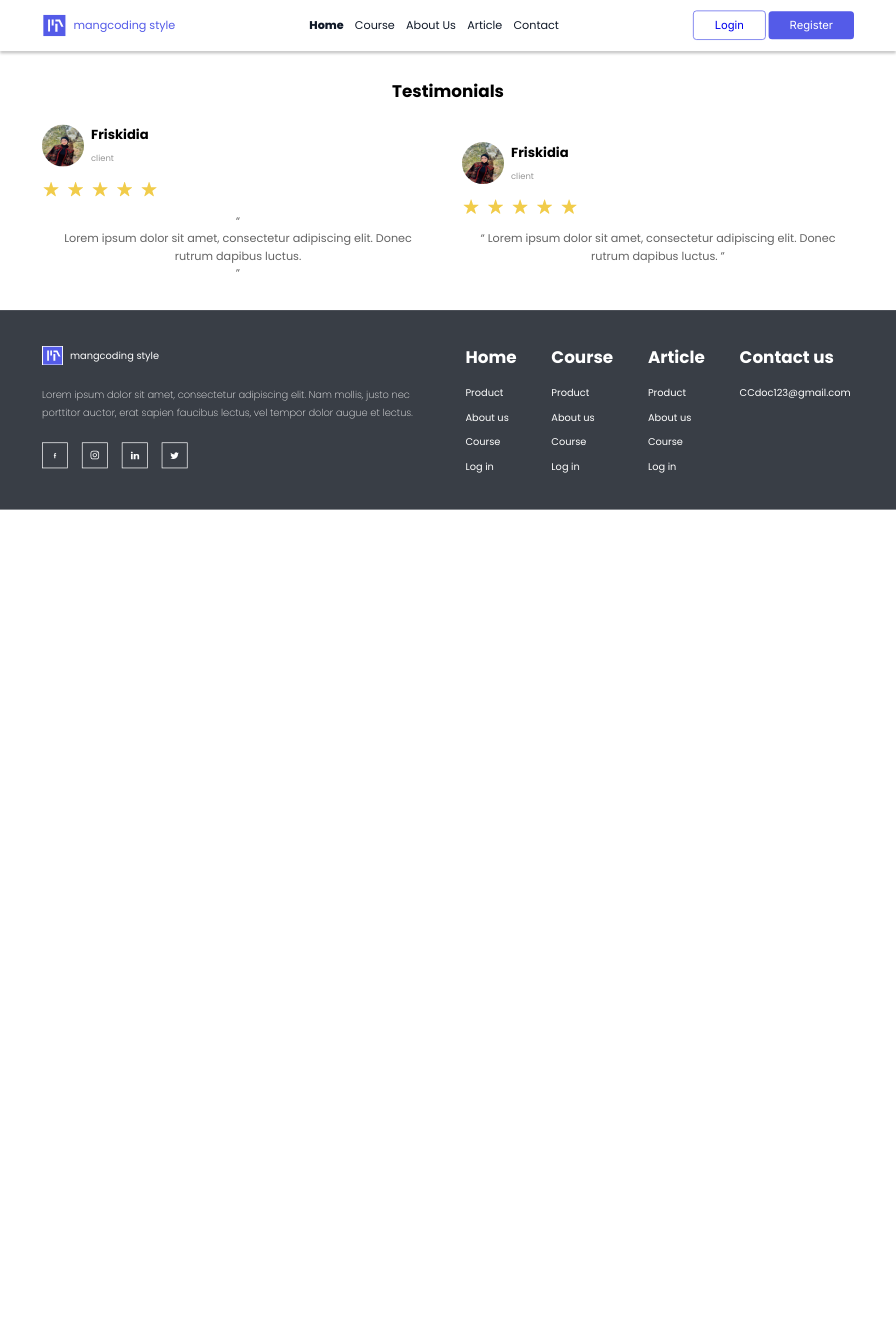
Repository: Dania-Alqam/landing-page
Page: index.html
An editor plug-in stored every save of this project. The page is shown before and after the next save, followed by the edit.
The browser window is 1280 px wide. The pictures show the part of the page from y = 0 to 1920 px (the page is 5000 px tall), at 70% of full size.

Above is the page before, as saved 2024-06-22 16:46:20.

### index.html
<!DOCTYPE html>
<html lang="en">

<head>
    <meta charset="UTF-8" />
    <meta name="viewport" content="width=device-width, initial-scale=1.0" />
    <title>Document</title>
    <link rel="stylesheet" href="./assests/css/main.css" />
</head>

<body>
    <header class="header">
        <div class="container">
            <div class="row">
                <div class="logo">
                    <img src="./assests/images/public/Logo.svg" alt="logo" />
                    <a href="#">mangcoding style</a>
                </div>
                <nav class="nav">
                    <ul>
                        <li>
                            <a href="#" class="active">Home</a>
                        </li>
                        <li>
                            <a href="#">Course</a>
                        </li>
                        <li>
                            <a href="#">About Us</a>
                        </li>
                        <li>
                            <a href="#">Article</a>
                        </li>
                        <li>
                            <a href="#">Contact</a>
                        </li>
                    </ul>
                </nav>
                <div class="auth">
                    <a href="#">Login</a>
                    <a href="#">Register</a>
                </div>
            </div>
        </div>
    </header>

    <main>
        <section class="testimonials">
            <h2>
                Testimonials
            </h2>
            <div class="container">
                <div class="row">
                    <div class="testimonial">
                        <div class="user-info">
                            <img src="assests/images/clients/client1.jpeg" />
                            <div class="user-data">
                                <h3>Friskidia</h3>
                                <span>client</span>
                            </div>
                        </div>
                        <div class="ratings">
                            <img src="./assests/images/public/Star.svg" alt="stars" />
                            <img src="./assests/images/public/Star.svg" alt="stars" />
                            <img src="./assests/images/public/Star.svg" alt="stars" />
                            <img src="./assests/images/public/Star.svg" alt="stars" />
                            <img src="./assests/images/public/Star.svg" alt="stars" />

                        </div>
                        <blockquote>
                            <q>
                                <p> Lorem ipsum dolor sit amet, consectetur adipiscing elit. Donec rutrum dapibus
                                    luctus.
                                </p>

                            </q>
                        </blockquote>
                    </div>
                    <div class="testimonial">
                        <div class="user-info">
                            <img src="assests/images/clients/client1.jpeg" />
                            <div class="user-data">
                                <h3>Friskidia</h3>
                                <span>client</span>
                            </div>
                        </div>
                        <div class="ratings">
                            <img src="./assests/images/public/Star.svg" alt="stars" />
                            <img src="./assests/images/public/Star.svg" alt="stars" />
                            <img src="./assests/images/public/Star.svg" alt="stars" />
                            <img src="./assests/images/public/Star.svg" alt="stars" />
                            <img src="./assests/images/public/Star.svg" alt="stars" />

                        </div>
                        <blockquote>
                            <q>
                                Lorem ipsum dolor sit amet, consectetur adipiscing elit. Donec rutrum dapibus luctus.
                            </q>
                        </blockquote>
                    </div>
                </div>
            </div>

        </section>
    </main>
    <footer class="footer">
        <div class="container">
            <div class="row">
                <div class="footer-start">
                    <div class="logo">
                        <img src="./assests/images/public/Logo.svg" alt="logo" />
                        <a href="#">mangcoding style</a>
                    </div>
                    <p>
                        Lorem ipsum dolor sit amet, consectetur adipiscing elit. Nam
                        mollis, justo nec porttitor auctor, erat sapien faucibus lectus,
                        vel tempor dolor augue et lectus.
                    </p>
                    <div class="icons">
                        <a href="#"><img src="./assests/images/public/facebok.svg" /></a>
                        <a href="#"><img src="./assests/images/public/instagram.svg" /></a>
                        <a href="#"><img src="./assests/images/public/linkedin.svg" /></a>
                        <a href="#"><img src="./assests/images/public/twitter.svg" /></a>
                    </div>
                </div>
                <div class="footer-end">
                    <div class="row">
                        <div class="footer-item">
                            <h2>
                                Home
                            </h2>
                            <ul>
                                <li>
                                    <a href="#">Product</a>
                                </li>
                                <li>
                                    <a href="#">About us</a>
                                </li>
                                <li>
                                    <a href="#">Course</a>
                                </li>
                                <li>
                                    <a href="#">Log in</a>
                                </li>
                            </ul>
                        </div>
                        <div class="footer-item">
                            <h2>
                                Course
                            </h2>
                            <ul>
                                <li>
                                    <a href="#">Product</a>
                                </li>
                                <li>
                                    <a href="#">About us</a>
                                </li>
                                <li>
                                    <a href="#">Course</a>
                                </li>
                                <li>
                                    <a href="#">Log in</a>
                                </li>
                            </ul>
                        </div>
                        <div class="footer-item">
                            <h2>
                                Article
                            </h2>
                            <ul>
                                <li>
                                    <a href="#">Product</a>
                                </li>
                                <li>
                                    <a href="#">About us</a>
                                </li>
                                <li>
                                    <a href="#">Course</a>
                                </li>
                                <li>
                                    <a href="#">Log in</a>
                                </li>
                            </ul>
                        </div>
                        <div class="footer-item">
                            <h2>
                                Contact us
                            </h2>
                            <ul>
                                <li>
                                    <a href="#">CCdoc123@gmail.com</a>
                                </li>

                        </div>
                    </div>
                </div>
            </div>
        </div>
    </footer>
</body>

</html>

### assests/css/main.css
@import url(./public.css);

/* start header */
.header {
  position: sticky;
  top: 0;
  box-shadow: 0px 4px 4px rgba(0, 0, 0, 0.25);
  padding: 20px 0;
  background-color: #fff;
}

.nav ul {
  display: flex;
  flex-wrap: wrap;
  gap: 16px;
}
.header .logo {
  display: flex;
  flex-wrap: wrap;
  align-items: center;
  gap: 10px;
}
.header .logo img {
  width: 35px;
}

.header .logo a {
  color: var(--mainColor);
}

.header .nav a {
  color: #101928;
}

.header .nav a:hover {
  color: var(--mainColor);
}
/* For the home bold*/
.active {
  font-weight: 800;
}
/* common properities*/
.header .auth a {
  font-family: var(--subFont);
  padding: 10px 30px;
  border-radius: 5px;
}
.header .auth a:first-of-type {
  border: 1px solid var(--mainColor);
}
.header .auth a:last-of-type {
  background-color: var(--mainColor);
  color: white;
}
@media (max-width: 900px) {
  .header .nav {
    display: none;
  }
}
/* end header */

/* start testemonials*/
.testimonials {
  text-align: center;
  padding: 40px 0;
}
.testimonials .row {
  gap: 40px;
}

.testimonials h2 {
  margin-bottom: 30px;
}
.testimonial {
  display: flex;
  flex-direction: column;
  gap: 20px;
  align-items: flex-start;
  width: calc((100% - 40px) / 2);
}
.testimonial .user-info img {
  width: 60px;
  height: 60px;
  border-radius: 50%;
}

.testimonial .user-info {
  display: flex;
  flex-wrap: wrap;
  gap: 10px;
}
.testimonial .user-info .user-data {
  display: flex;
  flex-direction: column;
  gap: 10px;
  flex-wrap: wrap;
  align-items: start;
}

.testimonial .user-info .user-data span {
  font-size: 12px;
  color: #969696;
}

.testimonial .ratings {
  display: flex;
  flex-wrap: wrap;
  gap: 10px;
}

.testimonial q{
    color: #646464;
}

.testimonial blockquote p{
    display: inline-block;
    padding: 0 4px;
}
/* start footer */
.footer {
  background-color: #393e46;
  padding: 50px 0;
}

.footer a,
.footer h2 {
  color: #fff;
}

.footer .footer-start,
.footer .footer-end {
  width: calc((100% - 40px) / 2);
}

.footer .row {
  gap: 40px;
}

.footer .footer-start {
  display: flex;
  flex-direction: column;
  gap: 30px;
  flex-wrap: wrap;
}

.footer .footer-start .logo {
  display: flex;
  flex-wrap: wrap;
  gap: 10px;
  align-items: center;
}
.footer .footer-start .logo img {
  width: 30px;
}
.footer .footer-start .logo a {
  font-size: 14px;
}
.footer .footer-start p {
  color: #f4f4f4;
  line-height: 25px;
  font-size: 14px;
  font-weight: 200;
}
.footer .footer-start .icons {
  display: flex;
  flex-wrap: wrap;
  gap: 20px;
}
.footer .footer-start .icons img {
  width: 15px;
  height: 15px;
  border: 1px solid #fff;
  padding: 10px;
  box-sizing: content-box;
}

.footer-end .row {
  align-items: start;
  justify-content: space-around;
}
.footer-end .footer-item {
  display: flex;
  flex-direction: column;
  flex-wrap: wrap;
  gap: 20px;
}
.footer-end .footer-item ul {
  display: flex;
  flex-direction: column;
  flex-wrap: wrap;
  gap: 10px;
}
.footer-end .footer-item a {
  font-size: 14px;
}

/* end footer */

### assests/images/public/Star.svg
<svg width="25" height="25" viewBox="0 0 10 9" fill="none" xmlns="http://www.w3.org/2000/svg">
<path d="M5.00313 0.422667C5.06478 0.232942 5.33319 0.232942 5.39483 0.422668L6.26237 3.09266C6.28994 3.17751 6.36901 3.23496 6.45822 3.23496H9.26562C9.46511 3.23496 9.54805 3.49023 9.38666 3.60749L7.11543 5.25764C7.04325 5.31007 7.01305 5.40302 7.04062 5.48787L7.90815 8.15787C7.9698 8.34759 7.75265 8.50536 7.59126 8.3881L5.32003 6.73796C5.24785 6.68552 5.15012 6.68552 5.07794 6.73796L2.80671 8.3881C2.64532 8.50536 2.42817 8.34759 2.48981 8.15787L3.35735 5.48787C3.38492 5.40302 3.35472 5.31007 3.28254 5.25764L1.01131 3.60749C0.849916 3.49023 0.93286 3.23496 1.13235 3.23496H3.93975C4.02896 3.23496 4.10803 3.17751 4.1356 3.09266L5.00313 0.422667Z" fill="#F1CC4A"/>
</svg>

### assests/css/public.css
@import url('https://fonts.googleapis.com/css2?family=Poppins:ital,wght@0,100;0,200;0,300;0,400;0,500;0,600;0,700;0,800;0,900;1,100;1,200;1,300;1,400;1,500;1,600;1,700;1,800;1,900&display=swap');
@import url('https://fonts.googleapis.com/css2?family=Inter:wght@100..900&display=swap');

*{
    margin: 0;
    padding: 0;
    box-sizing: border-box;
}
:root{
    --mainFont: "Poppins", sans-serif;
    --subFont:  "Inter", sans-serif;
    --mainColor: #545BE8;

}
body{
    font-family: var(--mainFont);
    height: 5000px;
}
a{
    text-decoration: none;
}
ul{
    list-style: none;
}
.row{
    display: flex;
    justify-content: space-between;
    align-items: center;
    flex-wrap: wrap;

}

.container{
    /* width from figma is 60px from each side*/
    width: calc(100% - 120px);
    margin: auto;
}

After the next save:
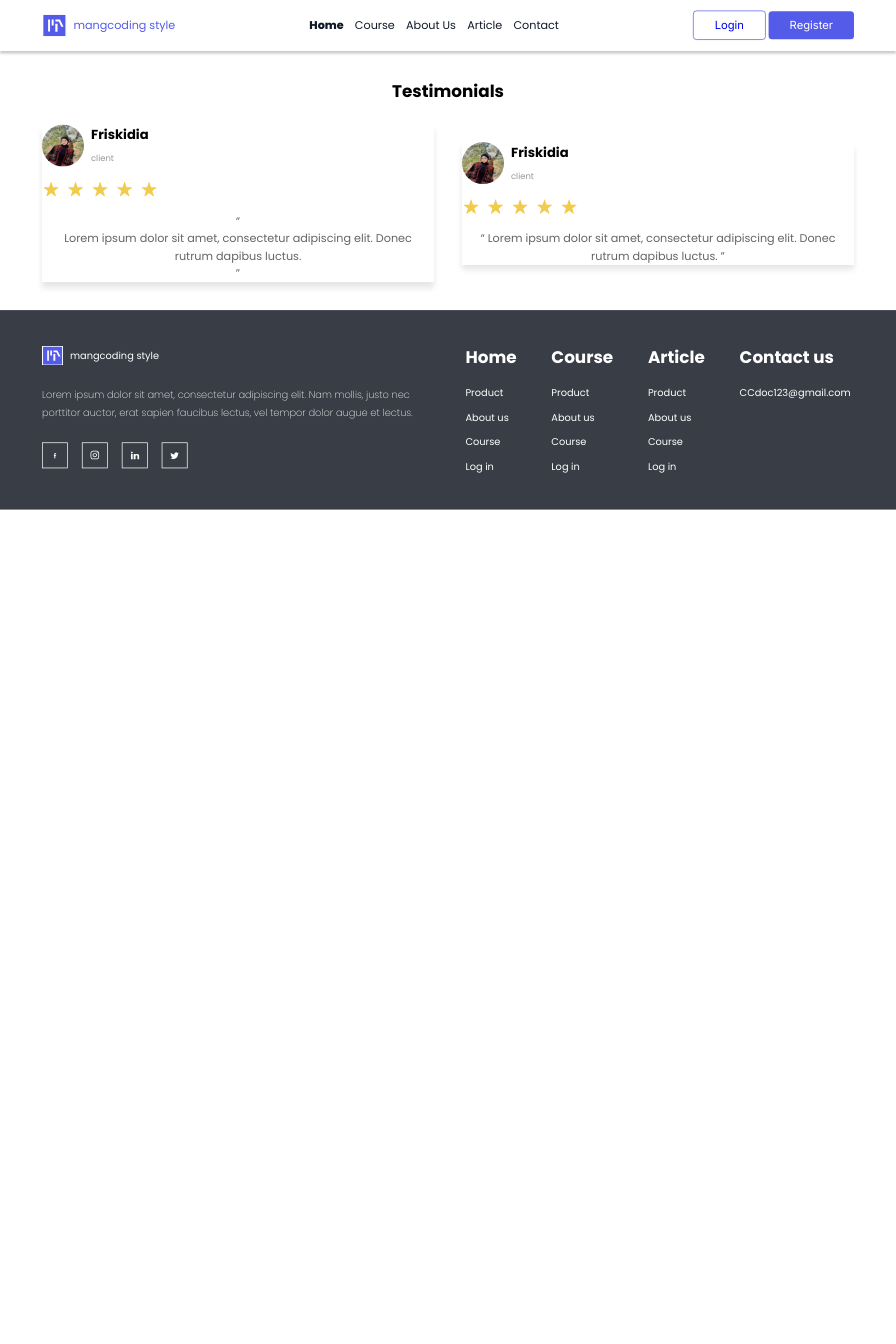
Saved 13 min 57 s later.
--- a/assests/css/main.css
+++ b/assests/css/main.css
@@ -77,6 +77,8 @@
   gap: 20px;
   align-items: flex-start;
   width: calc((100% - 40px) / 2);
+  box-shadow: 0px 8.23719596862793px 8.23719596862793px rgba(0, 0, 0, 0.1);
+
 }
 .testimonial .user-info img {
   width: 60px;
